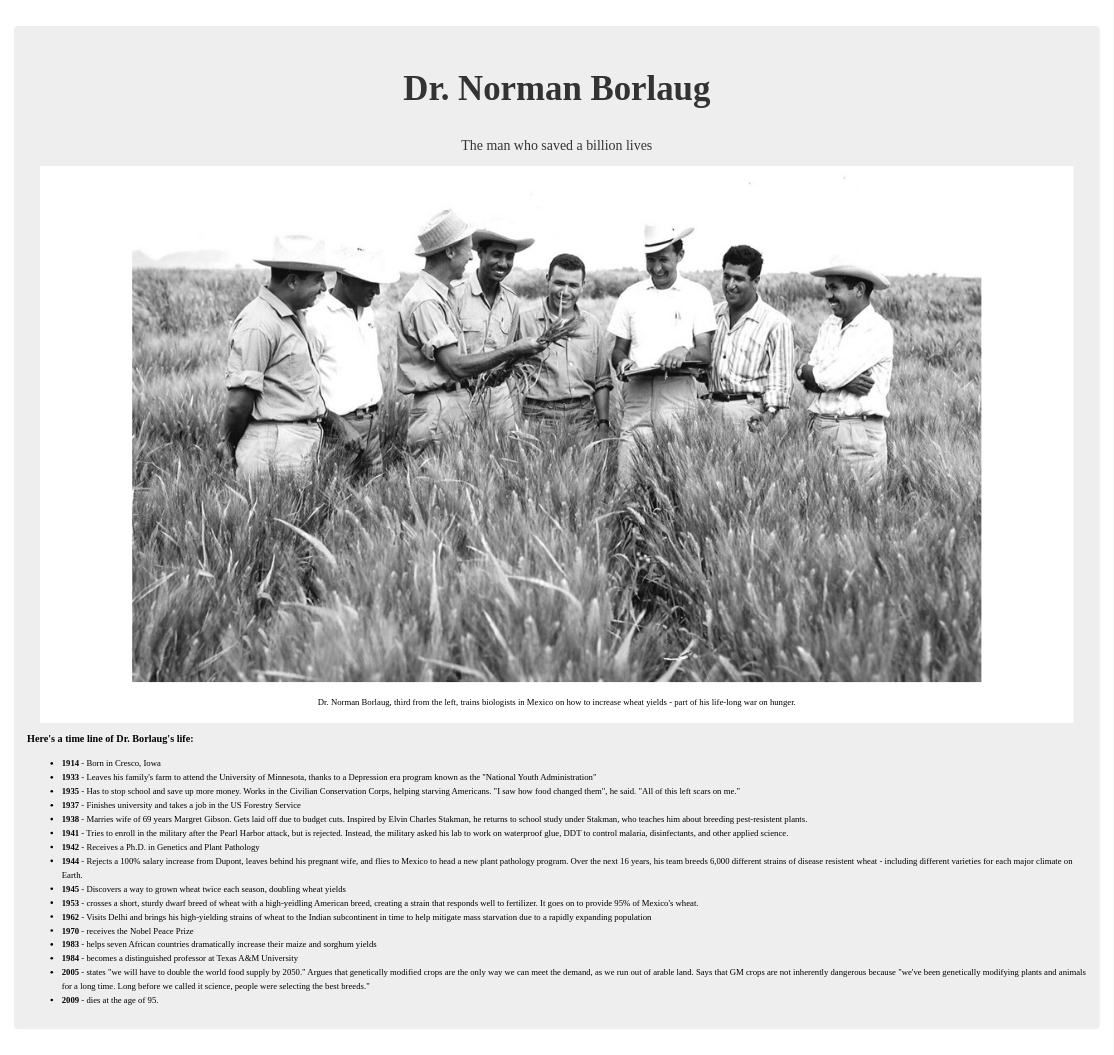
Repository: HTDuy01/github-demo
Page: freecodecamp/index.html
These files come from the project's save history. The page is drawn as it stood at one moment and after the next save; the edit follows.
The browser window is 1280 px wide. The pictures show the whole page, at 87% of full size.

Above is the page before, as saved 2021-11-18 20:51:13.

### freecodecamp/index.html
<!DOCTYPE html>
<html lang="en">
<head>
    <meta charset="UTF-8">
    <meta http-equiv="X-UA-Compatible" content="IE=edge">
    <meta name="viewport" content="width=device-width, initial-scale=1.0">
    <title>Document</title>
    <link rel="stylesheet" href="/assets/css/style.css">
    <link rel="stylesheet" href="/assets/css/base.css">
</head>
<body>
    <div class="main">
        <header id="title">
            <h1 class="heading">Dr. Norman Borlaug</h1>
            <p class="sub-heading">The man who saved a billion lives</p>
        </header>

        <div id="img-div">
            <img src="/assets/img/tribute-page-main-image.jpg" alt="" class="img">
            <p class="content-img">Dr. Norman Borlaug, third from the left, trains biologists in Mexico on how to increase wheat yields - part of his life-long war on hunger.</p>
        </div>

        <div class="content">
            <h3 class="content-heading">Here's a time line of Dr. Borlaug's life:</h3>
            <ul class="content-list">
                <li class="content-item">
                    <strong>1914</strong>
                     - Born in Cresco, Iowa
                </li>
                <li class="content-item">
                    <strong>1933</strong>
                      - Leaves his family's farm to attend the University of Minnesota, thanks to a Depression era program known as the "National Youth Administration"
                </li>
                <li class="content-item">
                    <strong>1935</strong>
                     - Has to stop school and save up more money. Works in the Civilian Conservation Corps, helping starving Americans. "I saw how food changed them", he said. "All of this left scars on me."
                </li>
                <li class="content-item">
                    <strong>1937</strong>
                     - Finishes university and takes a job in the US Forestry Service
                </li>
                <li class="content-item">
                    <strong>1938</strong>
                     - Marries wife of 69 years Margret Gibson. Gets laid off due to budget cuts. Inspired by Elvin Charles Stakman, he returns to school study under Stakman, who teaches him about breeding pest-resistent plants.
                </li>
                <li class="content-item">
                    <strong>1941</strong>
                      - Tries to enroll in the military after the Pearl Harbor attack, but is rejected. Instead, the military asked his lab to work on waterproof glue, DDT to control malaria, disinfectants, and other applied science.
                </li>
                <li class="content-item">
                    <strong>1942</strong>
                       - Receives a Ph.D. in Genetics and Plant Pathology
                </li>
                <li class="content-item">
                    <strong>1944</strong>
                    - Rejects a 100% salary increase from Dupont, leaves behind his pregnant wife, and flies to Mexico to head a new plant pathology program. Over the next 16 years, his team breeds 6,000 different strains of disease resistent wheat - including different varieties for each major climate on Earth.
                </li>
                <li class="content-item">
                    <strong>1945</strong>
                     - Discovers a way to grown wheat twice each season, doubling wheat yields
                </li>
                <li class="content-item">
                    <strong>1953</strong>
                      - crosses a short, sturdy dwarf breed of wheat with a high-yeidling American breed, creating a strain that responds well to fertilizer. It goes on to provide 95% of Mexico's wheat.
                </li>
                <li class="content-item">
                    <strong>1962</strong>
                     - Visits Delhi and brings his high-yielding strains of wheat to the Indian subcontinent in time to help mitigate mass starvation due to a rapidly expanding population
                </li>
                <li class="content-item">
                    <strong>1970</strong>
                     - receives the Nobel Peace Prize
                </li>
                <li class="content-item">
                    <strong>1983</strong>
                      - helps seven African countries dramatically increase their maize and sorghum yields
                </li>
                <li class="content-item">
                    <strong>1984</strong>
                     - becomes a distinguished professor at Texas A&M University
                </li>
                <li class="content-item">
                    <strong>2005</strong>
                     - states "we will have to double the world food supply by 2050." Argues that genetically modified crops are the only way we can meet the demand, as we run out of arable land. Says that GM crops are not inherently dangerous because "we've been genetically modifying plants and animals for a long time. Long before we called it science, people were selecting the best breeds."
                </li>
                <li class="content-item">
                    <strong>2009</strong>
                      - dies at the age of 95.
                </li>
            </ul>
        </div>

        <footer class="footer">

        </footer>
    </div>
</body>
</html>

### freecodecamp/assets/css/style.css
.main {
    background-color: #eee;
    margin: 30px 8px;
    padding: 15px;
    border-radius: 5px;
}

/* header */
#title {
    text-align: center;
}

.heading {
    color: var(--color-header);
    font-size: 4rem;
    font-weight: 700;
    margin-top: 27px;
    line-height: 60px;
}

.sub-heading {
    font-size: 1.6rem;
    color: var(--color-header);
    font-weight: 300;
}

/* Bener */
#img-div {
    height: 640px;
    background-color: #fff;
    margin: 0 15px;
    text-align: center;
}

.img {
    width: 976px;
    height: 593px;
}

.sub-img {
    font-size: 1.6rem;
    color: var(--color-header);
    font-weight: 400;
}

.content-heading {

}

### freecodecamp/assets/css/base.css

* {
    box-sizing: inherit;
}

html {
    font-size: 62.5%;
    line-height: 1.6rem;
    /* font-family: -apple-system, BlinkMacSystemFont, 'Segoe UI', 'Roboto', 'Helvetica Neue', Arial, sans-serif; */
    box-sizing: border-box;
}

:root {
    --color-header:#333;
}

After the next save:
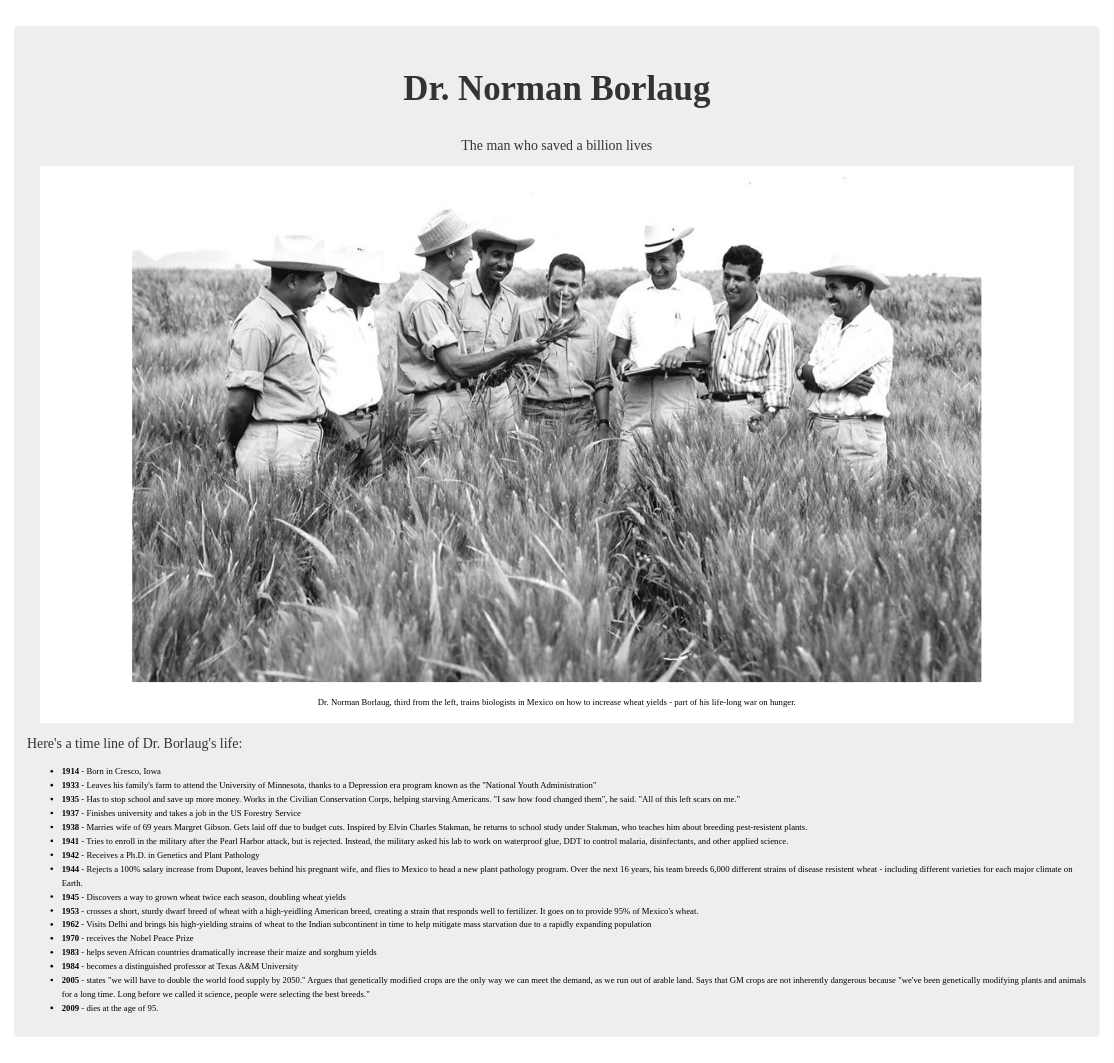
Saved 21 s later.
--- a/freecodecamp/assets/css/style.css
+++ b/freecodecamp/assets/css/style.css
@@ -44,5 +44,7 @@
 }
 
 .content-heading {
-
+    font-size: 1.6rem;
+    color: var(--color-header);
+    font-weight: 500;
 }
